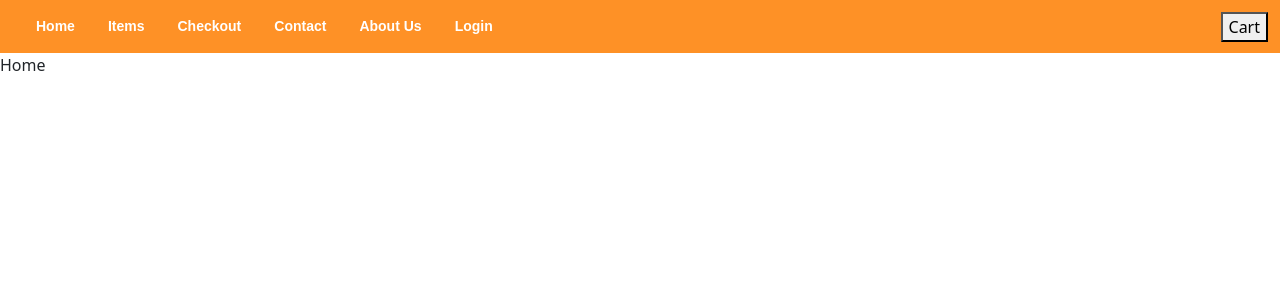
Repository: SaudCh/React-Ecommerce
Page: /
An editor plug-in stored every save of this project. The page is shown before and after a run of saves, followed by the edit.
The browser window is 1280 px wide. The pictures show the whole page.
The project was rebuilt for these pictures with package versions that can differ from the ones it lists, and the page was loaded fresh each time. Also part of the build but not shown: src/App.css.

Above is the page before, as saved 2021-12-05 11:49:12.

### src/Header/Header.jsx
import React from "react";
import { Link } from "react-router-dom";
import "./Header.css";

export default function Header() {
  return (
    <nav
      class="navbar navbar-expand-lg navbar-dark"
      style={{ backgroundColor: "#fe9126" }}
    >
      <div class="container-fluid">
        <Link class="navbar-brand" href="#"></Link>

        <button
          class="navbar-toggler"
          type="button"
          data-bs-toggle="collapse"
          data-bs-target="#navbarSupportedContent"
          aria-controls="navbarSupportedContent"
          aria-expanded="false"
          aria-label="Toggle navigation"
        >
          <span class="navbar-toggler-icon"></span>
        </button>
        <div class="collapse navbar-collapse" id="navbarSupportedContent">
          <ul class="navbar-nav me-auto mb-2 mb-lg-0">
            <li class="nav-item">
              <Link class="nav-link  text-white" aria-current="page" to="#">
                Home
              </Link>
            </li>
            <li class="nav-item">
              <Link class="nav-link  text-white" to="#">
                Items
              </Link>
            </li>

            <li class="nav-item">
              <Link
                class="nav-link text-white"
                to="#"
                tabindex="-1"
                aria-disabled="true"
              >
                Checkout
              </Link>
            </li>
            <li class="nav-item">
              <Link
                class="nav-link text-white"
                to="#"
                tabindex="-1"
                aria-disabled="true"
              >
                Contact
              </Link>
            </li>
            <li class="nav-item">
              <Link
                class="nav-link text-white"
                to="#"
                tabindex="-1"
                aria-disabled="true"
              >
                About Us
              </Link>
            </li>
            <li class="nav-item">
              <Link
                class="nav-link text-white"
                to="#"
                tabindex="-1"
                aria-disabled="true"
              >
                Login
              </Link>
            </li>
          </ul>
          <button>Cart</button>
        </div>
      </div>
    </nav>
  );
}

Loaded but not shown: public/index.html (common file); src/index.js (common file); src/reportWebVitals.js (common file); src/App.js (20 lines, source omitted); src/Header/Header.css (3512 lines, source omitted)

After the next 2 saves:
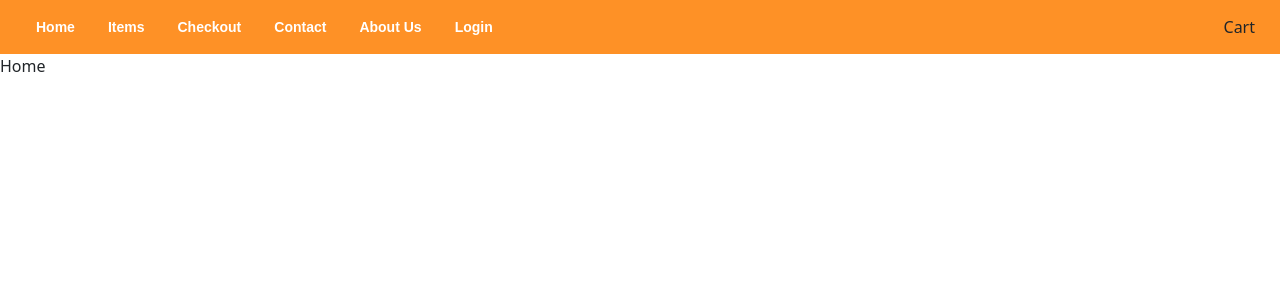
The 2 saves are shown as one change because they came seconds apart.
The last was saved 21 s later.
--- a/src/Header/Header.jsx
+++ b/src/Header/Header.jsx
@@ -76,7 +76,7 @@ export default function Header() {
               </Link>
             </li>
           </ul>
-          <button>Cart</button>
+          <button className="btn">Cart</button>
         </div>
       </div>
     </nav>
